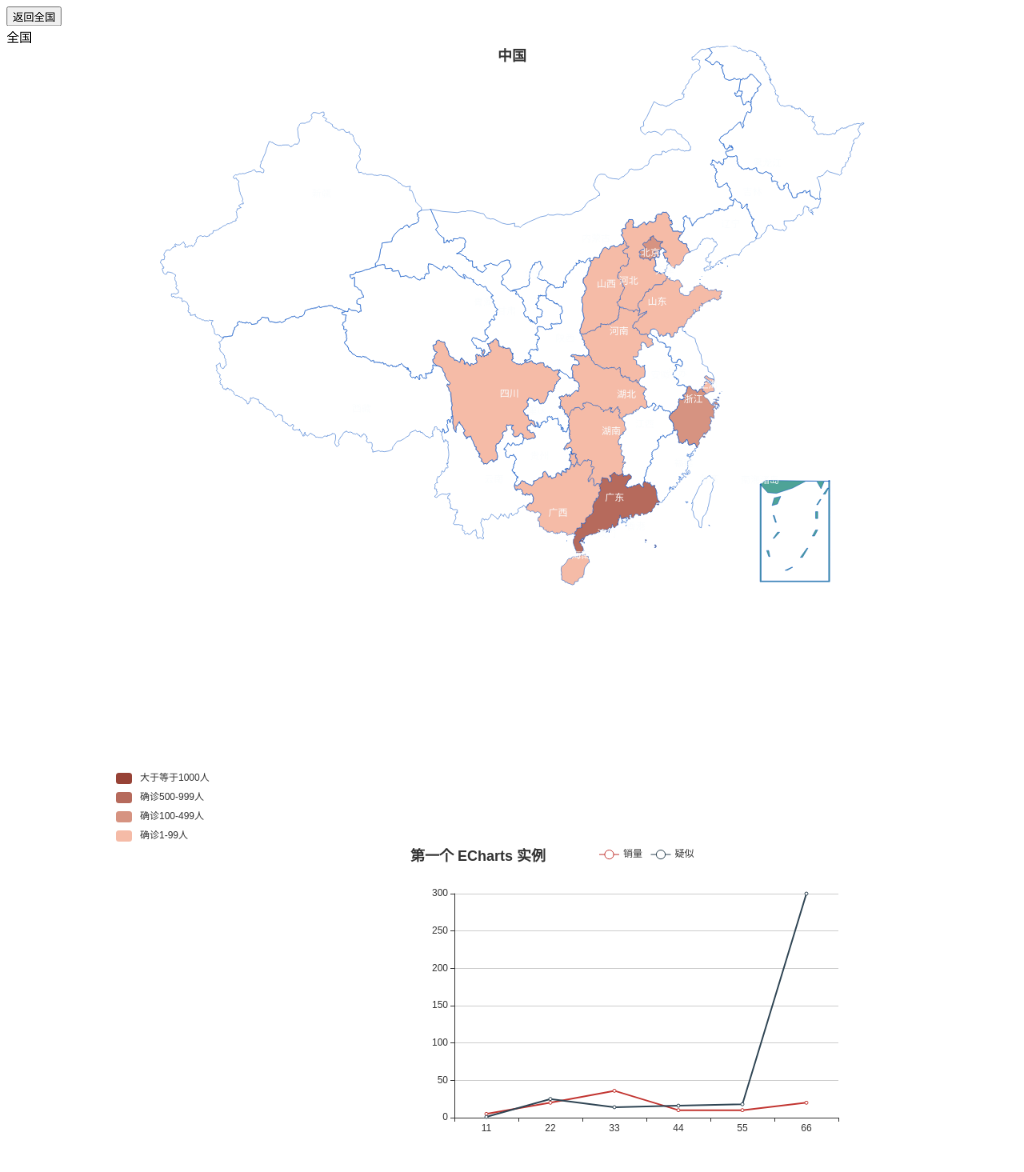
Repository: yz990219/InfectStatisticWeb
Page: http://localhost/MyInfectStatisticWeb/test.jsp
An editor plug-in stored every save of this project. The page is shown before and after the next save, followed by the edit.
The browser window is 1280 px wide. The pictures show the whole page, at 80% of full size.
The page is served by Tomcat 9.

Above is the page before, as saved 2020-03-13 11:11:54.
Not found: MyInfectStatisticWeb/follow.js
Not found: MyInfectStatisticWeb/gg_bd_ad_720x90.js

After the next save:
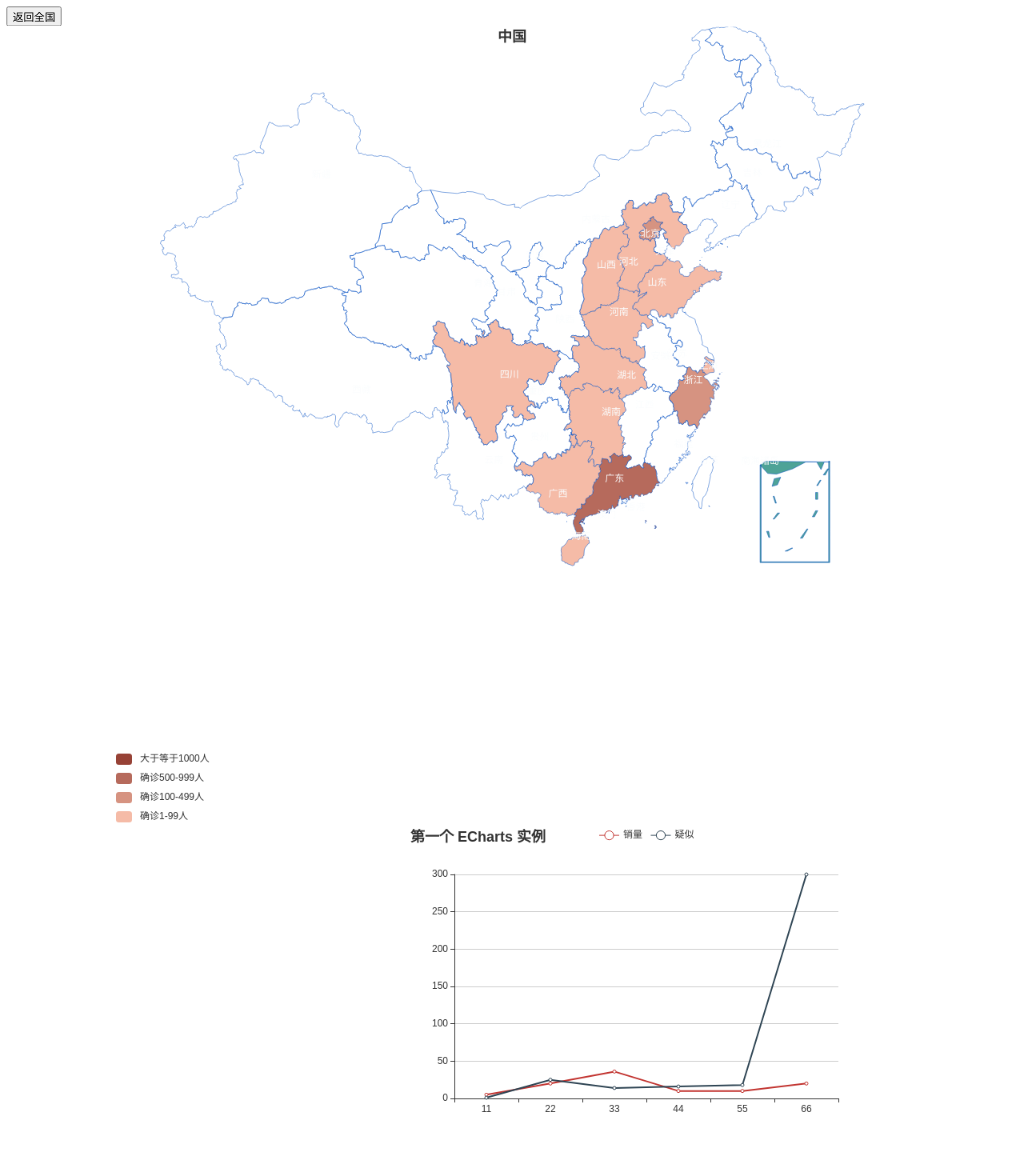
Saved 5 min 28 s later.
--- a/MyInfectStatisticWeb/WebContent/test.jsp
+++ b/MyInfectStatisticWeb/WebContent/test.jsp
@@ -40,7 +40,7 @@
     </div>
     <button id="back">返回全国</button>
 
-    <form id="yz" action="indexRes.jsp" name="yz">
+    <form id="yz" action="indexRes.jsp" name="yz" style = "display:none;">
        全国</form>
 
     <div id="china-map"></div>
@@ -200,6 +200,7 @@
         }];
         oBack.onclick = function() {
             document.getElementById("yz").innerHTML = "中国";
+            document.getElementById("yz").style.display = "none";
             initEcharts("china", "中国");
         };
         initEcharts("china", "中国");
@@ -295,6 +296,7 @@
                             //显示对应省份的方法
                             showProvince(provinces[i], provincesText[i]);
                             document.getElementById("yz").innerHTML = provincesText[i];
+                            document.getElementById("yz").style.display = "block";
                             break;
                         }
                     }
@@ -307,6 +309,7 @@
             } else { // 省份，添加双击 回退到全国
                 myChart.on("dblclick", function() {
                     document.getElementById("yz").innerHTML = "中国";
+                    document.getElementById("yz").style.display = "none";
                     initEcharts("china", "中国");
                 });
             }
